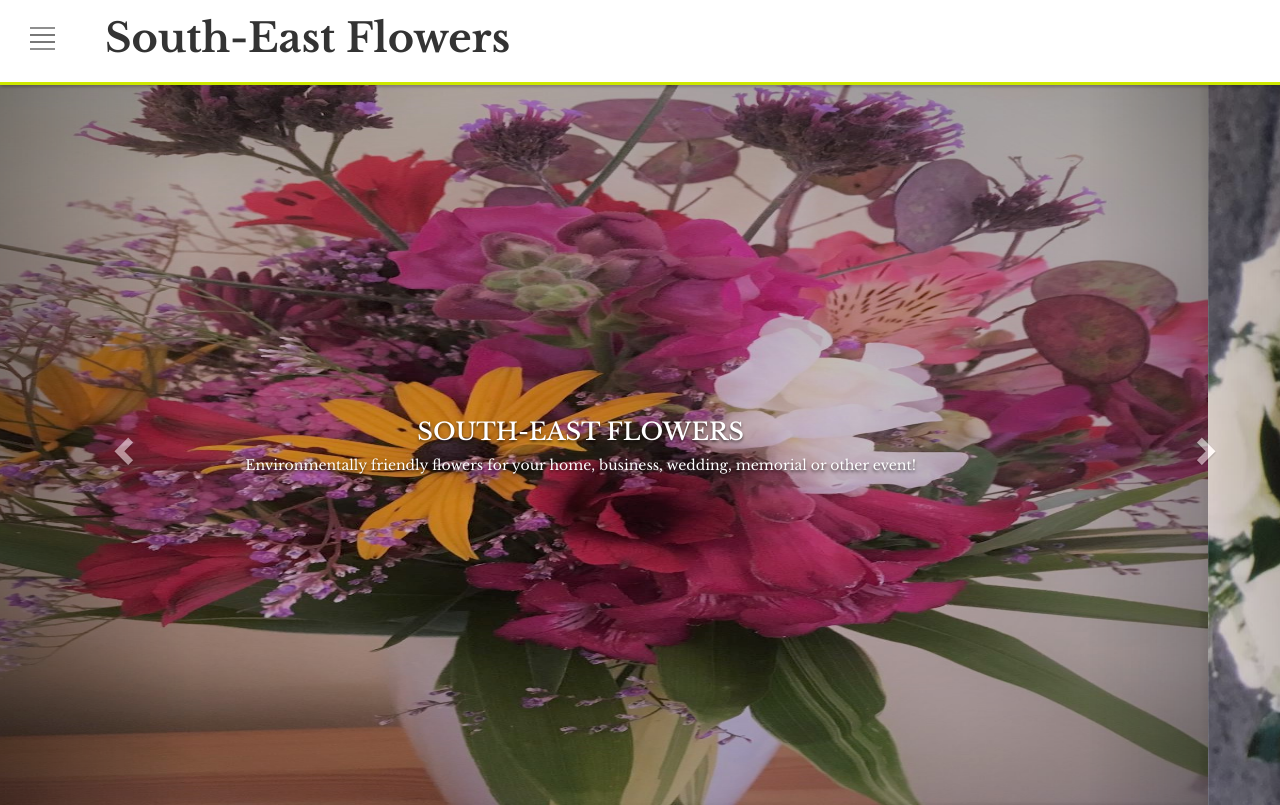
Repository: ConorTC1990/Flowers
Page: carousel.html
The author's editor kept a record of every edit. The page is drawn from the files as they stood at one moment, then again after the next edit.
The browser window is 1280 px wide. The pictures show the whole page.
Some web fonts or font styles are not loaded; a fallback is used.

Above is the page before.

After the next edit:
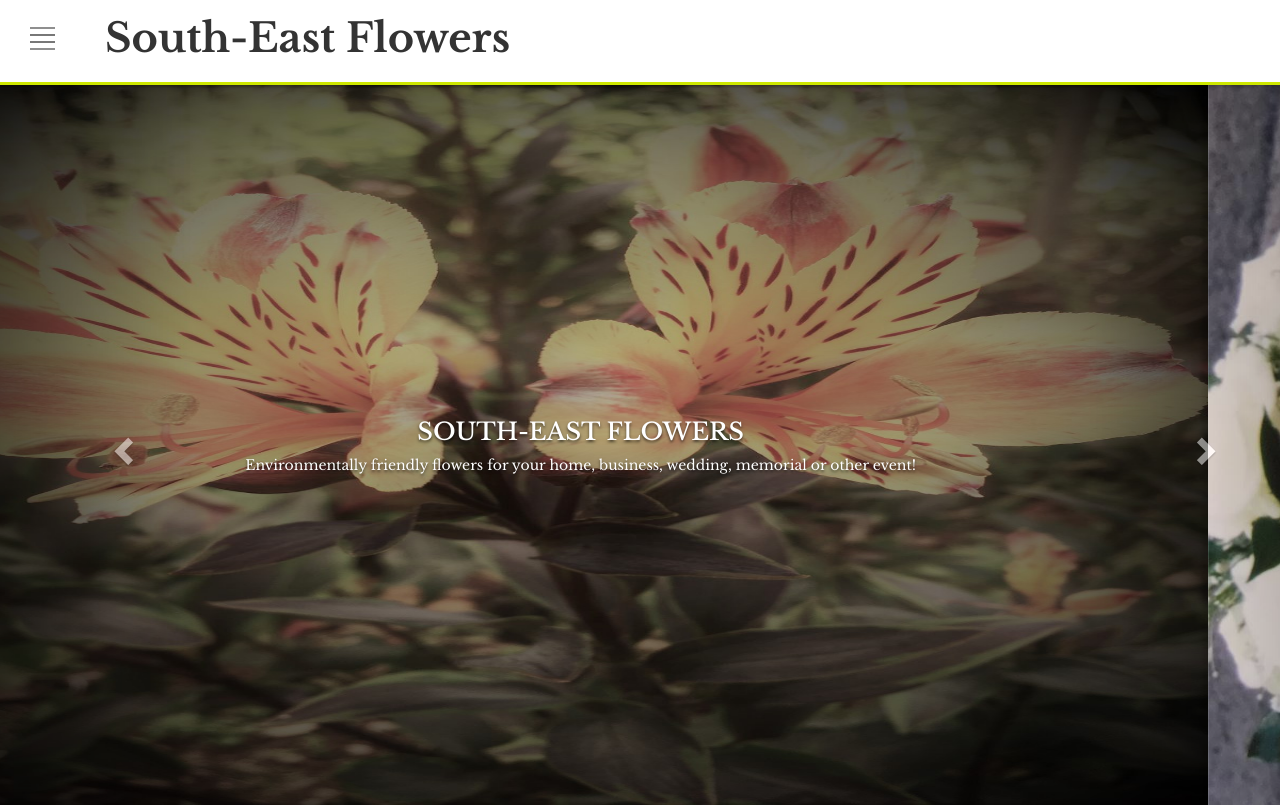
The edit:
--- a/carousel.html
+++ b/carousel.html
@@ -39,7 +39,7 @@
     <div class="carousel-inner">
 
       <div class="item active">
-        <img src="assets/images/table_flowers.jpg" alt="South-East Flowers" style="width:100%; height:350px">
+        <img src="assets/images/home_flowers.jpg" alt="South-East Flowers" style="width:100%; height:350px">
         <div class="carousel-caption">
           <h3>South-East Flowers</h3>
           <p>Environmentally friendly flowers for your home, business, wedding, memorial or other event!</p>
